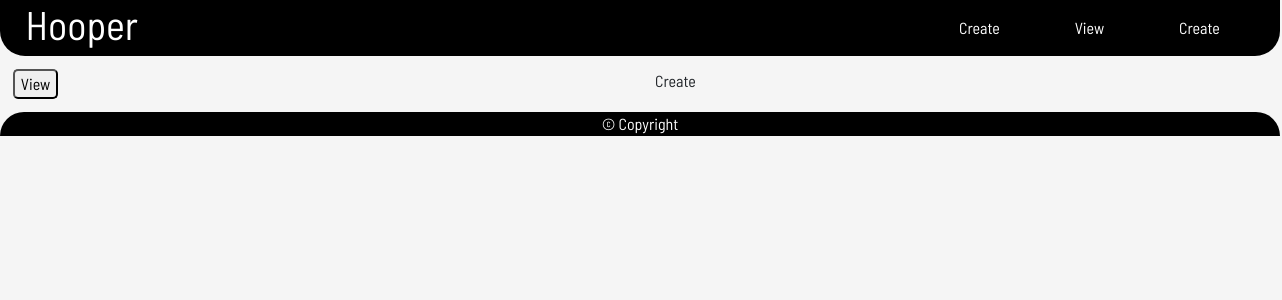
Repository: vlasarte/Hooper
Page: index.html
An editor plug-in stored every save of this project. The page is shown before and after the next save, followed by the edit.
The browser window is 1280 px wide. The page is 1282 px wide, so the pictures cover 1282 px, including what lies to the right of the window. The pictures show the whole page.

Above is the page before, as saved 2020-02-24 17:30:51.

### index.html
<!DOCTYPE html>
<!--[if lt IE 7]>      <html class="no-js lt-ie9 lt-ie8 lt-ie7"> <![endif]-->
<!--[if IE 7]>         <html class="no-js lt-ie9 lt-ie8"> <![endif]-->
<!--[if IE 8]>         <html class="no-js lt-ie9"> <![endif]-->
<!--[if gt IE 8]><!--> <html class="no-js"> <!--<![endif]-->
    <head>
        <meta charset="utf-8">
        <meta http-equiv="X-UA-Compatible" content="IE=edge">
        <title>Hooper</title>
        <meta name="description" content="">
        <meta name="viewport" content="width=device-width, initial-scale=1">
        <link href="https://fonts.googleapis.com/css?family=Barlow+Semi+Condensed&display=swap" rel="stylesheet">
        <link rel="stylesheet" href="https://stackpath.bootstrapcdn.com/bootstrap/4.3.1/css/bootstrap.min.css" integrity="sha384-ggOyR0iXCbMQv3Xipma34MD+dH/1fQ784/j6cY/iJTQUOhcWr7x9JvoRxT2MZw1T" crossorigin="anonymous">
        <link rel="stylesheet" href="assets/css/style.css">
    </head>
    <body>

        <header>
            <h1>Hooper</h1>
            <div class="dropdown">
                <button class="dropbtn">Create</button>
                <div class="dropdown-content">
                    <a href="#">Player</a>
                    <a href="#">Team</a>
                    <a class="dropdown-content-last" href="#">Game</a>
                </div>
            </div>
            <div class="dropdown">
                <button class="dropbtn">View</button>
                <div class="dropdown-content">
                    <a href="viewplayers.html">Players</a>
                    <a href="#">Teams</a>
                    <a class="dropdown-content-last" href="#">Games</a>
                </div>
            </div>
            <div class="dropdown">
                <button style="border-radius: 25px;" class="dropbtn">Create</button>
            </div>
        </header>

        <div class="body-container">

            <div class="row">
                <div class="col-6">
                    <button>View</button>
                </div>
                <div class="col-6">Create</div>
            </div>
        </div>


        <footer>
            &copy Copyright
        </footer>

        <script src="assets/js/javascript.js" async defer></script>
    </body>
</html>

### assets/css/style.css
/* default settings */

body {
    font-family: 'Barlow Semi Condensed', sans-serif;
    background: whitesmoke;
}


/* header section */

header {
    font-family: 'Barlow Semi Condensed', sans-serif;
    width: 100%;
    height: 56px;
    background: black;
    color: white;
    padding: 0% 2%;
    border-radius: 0px 0px 25px 25px;
    position: sticky;
    top: 0;
    z-index: 1;
}

header h1 {
    float: left;
    height: 56px;
    margin: 0px;
}


/* hover dropdowns */

.dropbtn {
    height: 56px;
    font-family: 'Barlow Semi Condensed', sans-serif;
    min-width: 100px;
    background-color: black;
    color: white;
    padding: 16px;
    font-size: 16px;
    border: none;
    border-radius: 25px 25px 0px 0px;
}

.dropdown {
    margin: 0px 5px;
    float: right;
    position: relative;
    display: inline-block;
}

.dropdown-content {
    text-align: center;
    display: none;
    position: absolute;
    background-color: #f1f1f1;
    width: 100px;
    box-shadow: 0px 8px 16px 0px rgba(0, 0, 0, 0.2);
    z-index: 1;
    border-radius: 0px 0px 25px 25px;
}

.dropdown-content a {
    color: black;
    padding: 12px 16px;
    text-decoration: none;
    display: block;
}

.dropdown-content a:hover {
    background-color: #ddd;
}

.dropdown:hover .dropdown-content {
    display: block;
}

.dropdown:hover .dropbtn {
    background-color: #ddd;
    color: black;
}

.dropdown-content-last {
    border-radius: 0px 0px 25px 25px;
}

/* body container */

.body-container {
    padding: 1%;
}

button {
    border-radius: 5px;
}

th {
    text-align: center;
    color: black;
    font-weight: bold;
}

td {
    text-align: center;
}


/* footer section */

footer {
    width: 100%;
    text-align: center;
    background: black;
    color: white;
    border-radius: 25px 25px 0px 0px;
}

### assets/js/javascript.js
var player = {
    name: "LeBron James",
    team: "LAL",
    position: "SF",
    PPG: 25.0,
    APG: 10.8,
    RPG: 7.8
}

var playerName = [
    "LeBron James",
    "Anthony Davis",
    "James Harden",
    "Kawhi Leonard",
    "Luka Doncic",
    ""]

After the next save:
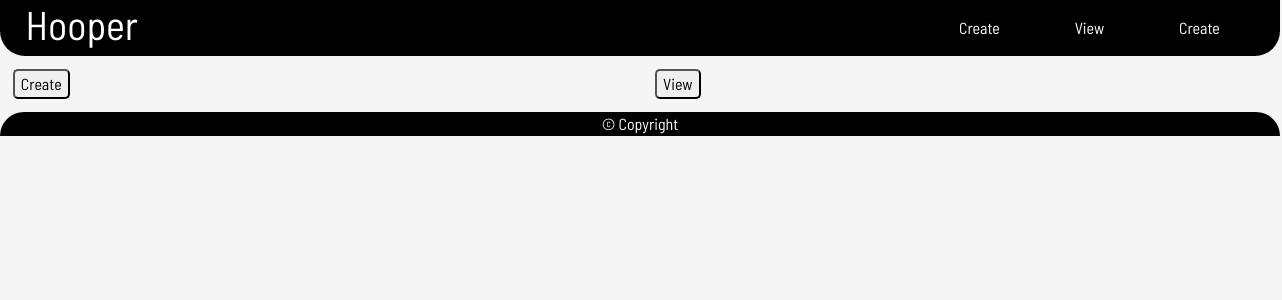
Saved 22 s later.
--- a/index.html
+++ b/index.html
@@ -42,9 +42,11 @@
 
             <div class="row">
                 <div class="col-6">
+                    <button>Create</button>
+                </div>
+                <div class="col-6">
                     <button>View</button>
                 </div>
-                <div class="col-6">Create</div>
             </div>
         </div>
 
